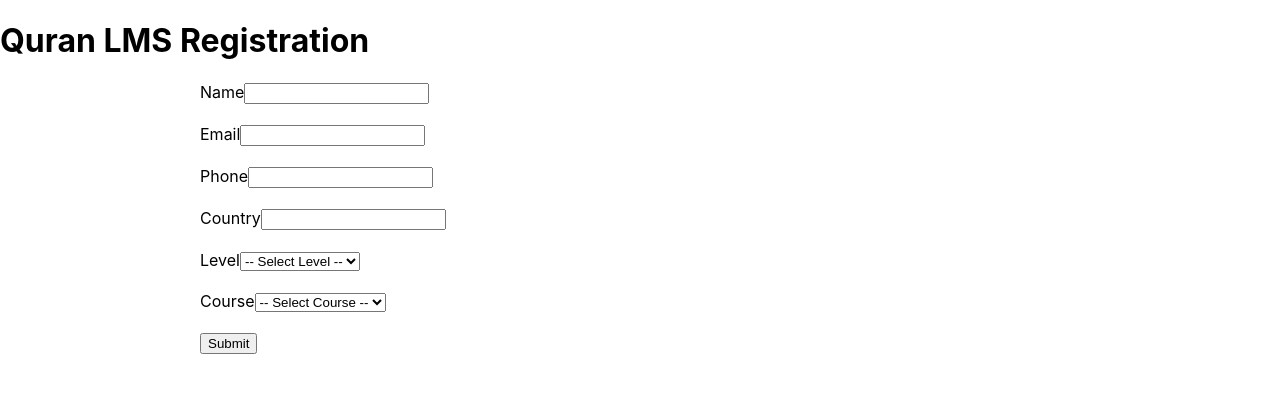
Repository: talha-mahmood/form_react
Page: /
An editor plug-in stored every save of this project. The page is shown before and after a run of saves, followed by the edit.
The browser window is 1280 px wide. The pictures show the whole page.
The project was rebuilt for these pictures with package versions that can differ from the ones it lists, and the page was loaded fresh each time.

Above is the page before, as saved 2023-03-13 16:14:31.

### public/index.html
<!DOCTYPE html>
<html lang="en">
  <head>
    <meta charset="utf-8" />
    <link rel="icon" href="%PUBLIC_URL%/favicon.ico" />
    <meta name="viewport" content="width=device-width, initial-scale=1" />
    <meta name="theme-color" content="#000000" />
    <meta
      name="description"
      content="Web site created using create-react-app"
    />

    <link rel="apple-touch-icon" href="%PUBLIC_URL%/logo192.png" />
    <!--
      manifest.json provides metadata used when your web app is installed on a
      user's mobile device or desktop. See https://developers.google.com/web/fundamentals/web-app-manifest/
    -->
    <link rel="manifest" href="%PUBLIC_URL%/manifest.json" />
    <!--
      Notice the use of %PUBLIC_URL% in the tags above.
      It will be replaced with the URL of the `public` folder during the build.
      Only files inside the `public` folder can be referenced from the HTML.

      Unlike "/favicon.ico" or "favicon.ico", "%PUBLIC_URL%/favicon.ico" will
      work correctly both with client-side routing and a non-root public URL.
      Learn how to configure a non-root public URL by running `npm run build`.
    -->
    <title>React App</title>
  </head>
  <body>
    <noscript>You need to enable JavaScript to run this app.</noscript>
    <div id="root"></div>

    <!--
      This HTML file is a template.
      If you open it directly in the browser, you will see an empty page.

      You can add webfonts, meta tags, or analytics to this file.
      The build step will place the bundled scripts into the <body> tag.

      To begin the development, run `npm start` or `yarn start`.
      To create a production bundle, use `npm run build` or `yarn build`.
    -->
  </body>
</html>

### src/App.js
import './App.css';
import React, { useState } from 'react';

const App=()=>{
  const [name, setName] = useState('');
  const [email, setEmail] = useState('');
  const [phone, setPhone] = useState('');
  const [country, setCountry] = useState('');
  const [level, setLevel] = useState('');
  const [course, setCourse] = useState('');

  const handleSubmit = (event) => {
    event.preventDefault();
    // TODO: handle form submission
  }

  return (
    <div>
      <h1>Quran LMS Registration</h1>
    <form onSubmit={handleSubmit}>
      <div>
        <label htmlFor="name">Name</label>
        <input
          type="text"
          id="name"
          value={name}
          onChange={(event) => setName(event.target.value)}
          required
        />
      </div>
      <br/>
      <div>
        <label htmlFor="email">Email</label>
        <input
          type="email"
          id="email"
          value={email}
          onChange={(event) => setEmail(event.target.value)}
          required
        />
      </div>
      <br/>
      <div>
        <label htmlFor="phone">Phone</label>
        <input
          type="tel"
          id="phone"
          value={phone}
          onChange={(event) => setPhone(event.target.value)}
          required
        />
      </div>
      <br/>
      <div>
        <label htmlFor="country">Country</label>
        <input
          type="text"
          id="country"
          value={country}
          onChange={(event) => setCountry(event.target.value)}
          required
        />
      </div>
      <br/>
      <div>
        <label htmlFor="level">Level</label>
        <select id="level" value={level} onChange={(event) => setLevel(event.target.value)} required>
          <option value="">-- Select Level --</option>
          <option value="Beginner">Beginner</option>
          <option value="Intermediate">Intermediate</option>
          <option value="Advanced">Advanced</option>
        </select>
      </div>
      <br/>
      <div>
        <label htmlFor="course">Course</label>
        <select id="course" value={course} onChange={(event) => setCourse(event.target.value)} required>
          <option value="">-- Select Course --</option>
          <option value="Quranic Arabic">Quranic Arabic</option>
          <option value="Tafseer">Tafseer</option>
          <option value="Hifz">Hifz</option>
        </select>
      </div>
           <br/>
      <button type="submit">Submit</button>
    </form>
    </div>
  );
}

export default App;

### src/App.css
.App {
  text-align: center;
}

.App-logo {
  height: 40vmin;
  pointer-events: none;
}

@media (prefers-reduced-motion: no-preference) {
  .App-logo {
    animation: App-logo-spin infinite 20s linear;
  }
}

.App-header {
  background-color: #282c34;
  min-height: 100vh;
  display: flex;
  flex-direction: column;
  align-items: center;
  justify-content: center;
  font-size: calc(10px + 2vmin);
  color: white;
}

.App-link {
  color: #61dafb;
}

@keyframes App-logo-spin {
  from {
    transform: rotate(0deg);
  }
  to {
    transform: rotate(360deg);
  }
}

form{

 float: left;
 margin-left: 200px;
 margin-right: 200px;
}

Loaded but not shown: src/index.js (common file); src/index.css (common file); src/reportWebVitals.js (common file)

After the next 2 saves:
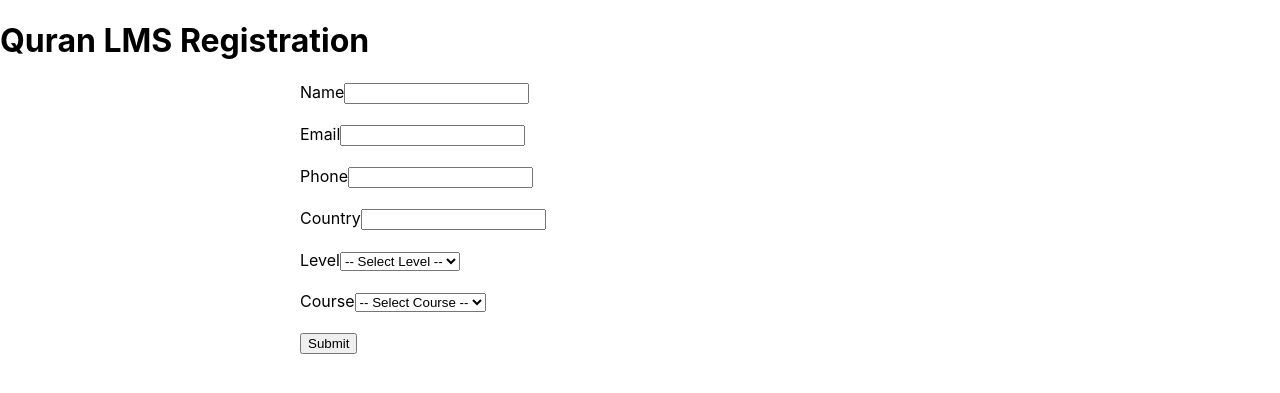
The 2 saves are shown as one change because they came seconds apart.
The last was saved 8 s later.
--- a/src/App.css
+++ b/src/App.css
@@ -40,6 +40,6 @@
 form{
 
  float: left;
- margin-left: 200px;
- margin-right: 200px;
+ margin-left: 300px;
+ margin-right: 300px;
 }
